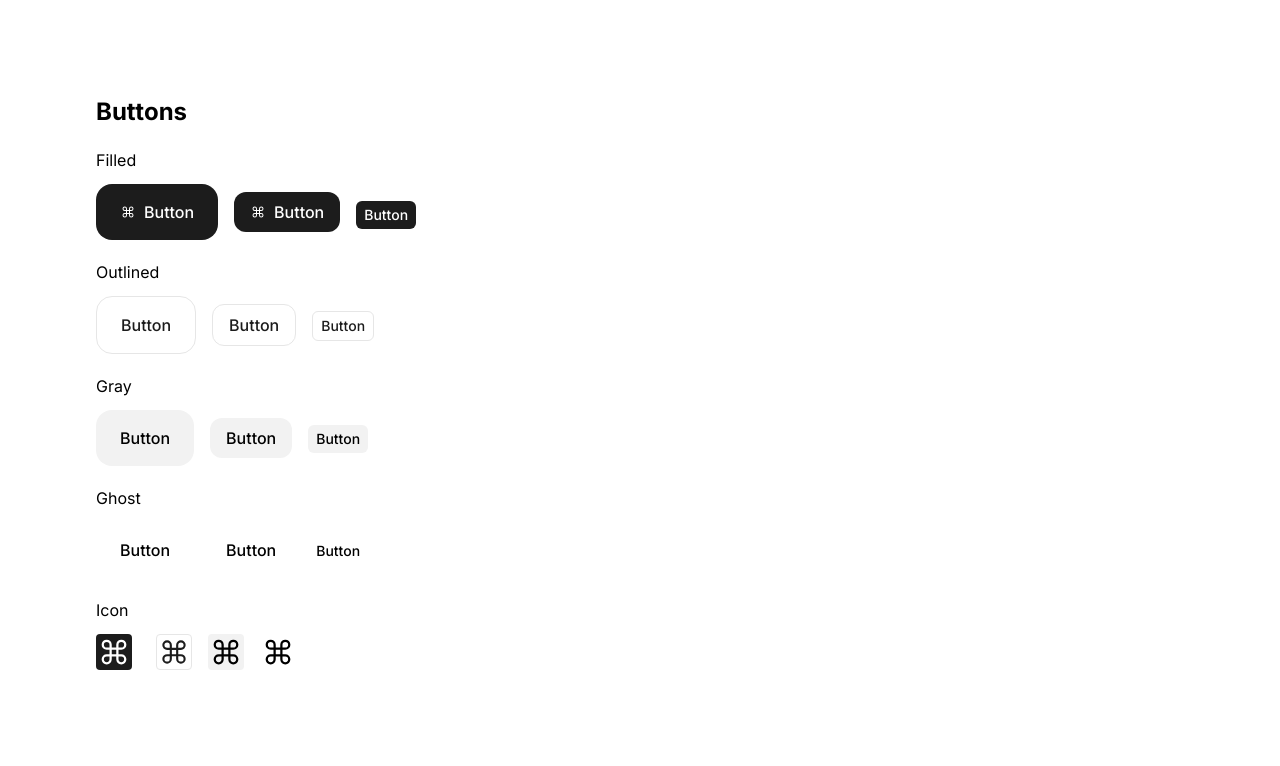
Repository: ggonzaga29/polarized-dashboard
Page: /
An editor plug-in stored every save of this project. The page is shown before and after the next save, followed by the edit.
The browser window is 1280 px wide. The pictures show the whole page.
The project was rebuilt for these pictures with package versions that can differ from the ones it lists, and the page was loaded fresh each time. The framework's server and built-in components were replaced by stand-ins that run in the browser. Also part of the build but not shown: next.config.js.

Above is the page before, as saved 2023-08-04 00:54:29.

### src/app/layout.jsx
import './globals.css';
import { Inter } from 'next/font/google';
import { ThemeProvider } from '@/context/theme-provider';

const inter = Inter({ subsets: ['latin'] });

export const metadata = {
  title: 'Polarized | Dashboard',
};

export default function RootLayout({ children }) {
  return (
    <html lang="en">
      <body className={inter.className}>
        <ThemeProvider attribute="class" defaultTheme="system" enableSystem>
          {children}
        </ThemeProvider>
      </body>
    </html>
  );
}

### src/app/page.jsx
'use client';

import { Button } from '@/components/ui/button';
import { Command } from '@phosphor-icons/react';

export default function Home() {
  return (
    <main className="min-h-screen flex-col items-center justify-between p-24 space-y-5">
      <h1 className="text-2xl font-bold">Buttons</h1>
      <div>
        <h2>Filled</h2>
        <div className="space-x-4 mt-3">
          <Button variant="filled" size="lg">
            <Command className="h-4 w-4"></Command>
            Button
          </Button>
          <Button variant="filled" size="md">
            <Command className="h-4 w-4"></Command>
            Button
          </Button>
          <Button variant="filled" size="sm">
            Button
          </Button>
        </div>
      </div>
      <div>
        <h2>Outlined</h2>
        <div className="space-x-4 mt-3">
          <Button variant="outlined" size="lg">
            Button
          </Button>
          <Button variant="outlined" size="md">
            Button
          </Button>
          <Button variant="outlined" size="sm">
            Button
          </Button>
        </div>
      </div>
      <div>
        <h2>Gray</h2>
        <div className="space-x-4 mt-3">
          <Button variant="gray" size="lg">
            Button
          </Button>
          <Button variant="gray" size="md">
            Button
          </Button>
          <Button variant="gray" size="sm">
            Button
          </Button>
        </div>
      </div>
      <div>
        <h2>Ghost</h2>
        <div className="space-x-4 mt-3">
          <Button variant="ghost" size="lg">
            Button
          </Button>
          <Button variant="ghost" size="md">
            Button
          </Button>
          <Button variant="ghost" size="sm">
            Button
          </Button>
        </div>
      </div>
      <div>
        <h2>Icon</h2>
        <div className="space-x-4 mt-3">
          <Button variant="filled" size="icon" asChild>
            <Command className="h-6 w-6 mr-2" />
          </Button>
          <Button variant="outlined" size="icon" asChild>
            <Command className="h-6 w-6" />
          </Button>
          <Button variant="gray" size="icon" asChild>
            <Command className="h-6 w-6" />
          </Button>
          <Button variant="ghost" size="icon" asChild>
            <Command className="h-6 w-6" />
          </Button>
        </div>
      </div>
    </main>
  );
}

### src/app/globals.css
@tailwind base;
@tailwind components;
@tailwind utilities;

@layer base {
  :root {
    /* --background: 0 0% 100%;
    --foreground: 240 10% 3.9%;

    --muted: 240 4.8% 95.9%;
    --muted-foreground: 240 3.8% 46.1%;

    --popover: 0 0% 100%;
    --popover-foreground: 240 10% 3.9%;

    --card: 0 0% 100%;
    --card-foreground: 240 10% 3.9%;

    --border: 240 5.9% 90%;
    --input: 240 5.9% 90%;

    --primary: 240 5.9% 10%;
    --primary-foreground: 0 0% 98%;

    --secondary: 240 4.8% 95.9%;
    --secondary-foreground: 240 5.9% 10%;

    --accent: 240 4.8% 95.9%;
    --accent-foreground: 240 5.9% 10%;

    --destructive: 0 84.2% 60.2%;
    --destructive-foreground: 0 0% 98%;

    --ring: 240 5% 64.9%;

    --radius: 0.5rem; */

    /* 1C1C1C */
    /* Black shades */
    --shade-100: hsl(0, 0%, 11%);
    --shade-80: hsl(0, 0%, 20%);
    --shade-40: hsl(0, 0%, 40%);
    --shade-20: hsl(0, 0%, 60%);
    --shade-10: hsl(0, 0%, 90%);
    --shade-5: hsl(0, 0%, 95%);

    /* White tints */
    --tint-100: hsl(0, 0%, 100%);
    --tint-80: hsl(0, 0%, 80%);
    --tint-40: hsl(0, 0%, 60%);
    --tint-20: hsl(0, 0%, 40%);
    --tint-10: hsl(0, 0%, 20%);
    --tint-5: hsl(0, 0%, 10%);

    /* F7F9FB */
    --primary-light: hsl(210, 50%, 98%);
    /* E3F5FF */
    --primary-blue: hsl(210, 90%, 95%);
    /* E5ECF6 */
    --primary-purple: hsl(240, 20%, 90%);
    /* 1C1C1C */
    --primary-brand: hsl(0, 0%, 11%);

    /* 95A4FC */
    --secondary-purple-a: hsl(240, 60%, 75%);
    /* A8C5DA */
    --secondary-blue-a: hsl(200, 30%, 75%);
    /* E3F5FF */
    --secondary-blue-b: hsl(210, 90%, 95%);
    /* A1E3CB */
    --secondary-green-a: hsl(160, 70%, 75%);
    /* BAEDBD */
    --secondary-green-b: hsl(100, 40%, 75%);
    /* FFE999 */
    --secondary-yellow: hsl(50, 100%, 75%);
    /* FF4747 */
    --secondary-red: hsl(0, 100, 64);
  }

  .dark {
    /* --background: 240 10% 3.9%;
    --foreground: 0 0% 98%;

    --muted: 240 3.7% 15.9%;
    --muted-foreground: 240 5% 64.9%;

    --popover: 240 10% 3.9%;
    --popover-foreground: 0 0% 98%;

    --card: 240 10% 3.9%;
    --card-foreground: 0 0% 98%;

    --border: 240 3.7% 15.9%;
    --input: 240 3.7% 15.9%;

    --primary: 0 0% 98%;
    --primary-foreground: 240 5.9% 10%;

    --secondary: 240 3.7% 15.9%;
    --secondary-foreground: 0 0% 98%;

    --accent: 240 3.7% 15.9%;
    --accent-foreground: 0 0% 98%;

    --destructive: 0 62.8% 30.6%;
    --destructive-foreground: 0 85.7% 97.3%;

    --ring: 240 3.7% 15.9%; */
  }
}

### src/components/ui/button.jsx
import React from 'react';
import { Slot } from '@radix-ui/react-slot';
import { cva } from 'class-variance-authority';
import { twMerge } from 'tailwind-merge';

const button = cva(
  [
    'inline-flex items-center gap-2 justify-center font-medium transition-colors disabled:pointer-events-none disabled:opacity-50',
  ],
  {
    variants: {
      variant: {
        filled: ['bg-primary-brand', 'text-white', 'hover:bg-tint-10'],
        outlined: [
          'border border-shade-10',
          'text-shade-100',
          'hover:border-shade-80',
        ],
        gray: ['bg-shade-5', 'text-black', 'hover:bg-shade-10'],
        ghost: ['text-black', 'hover:bg-shade-10'],
      },

      size: {
        sm: ['px-2', 'py-1', 'rounded-md', 'text-sm'],
        md: ['px-4', 'py-2', 'rounded-xl'],
        lg: ['px-6', 'py-4', 'rounded-2xl'],
        icon: ['w-9 h-9', 'rounded'],
      },
    },
    defaultVariants: {
      variant: 'filled',
      size: 'md',
    },
  },
);

const Button = ({ asChild, variant, size, className, children }) => {
  const Component = asChild ? Slot : 'button';

  return (
    <Component className={twMerge(button({ variant, size }), className)}>
      {children}
    </Component>
  );
};

Button.displayName = 'Button';

export { Button };

### tailwind.config.js
/** @type {import('tailwindcss').Config} */
module.exports = {
	darkMode: ["class"],
	content: [
		'./pages/**/*.{js,jsx}',
		'./components/**/*.{js,jsx}',
		'./app/**/*.{js,jsx}',
		'./src/**/*.{js,jsx}',
	],
	theme: {
		// container: {
		//   center: true,
		//   padding: "2rem",
		//   screens: {
		//     "2xl": "1400px",
		//   },
		// },
		extend: {
			colors: {

				// --black-100: hsl(0, 0%, 11%);
				// --black-80: hsl(0%, 11%, 80%);

				// --white-100: hsl(0, 0%, 100%);
				// --white-80: hsl(0, 0%, 80%);
				// --white-40: hsl(0, 0%, 40%);
				// --white-20: hsl(0, 0%, 20%);
				// --white-10: hsl(0, 0%, 10%);
				// --white-5: hsl(0, 0%, 5%);


				shade: {
					100: "var(--shade-100)",
					80: "var(--shade-80)",
					40: "var(--shade-40)",
					20: "var(--shade-20)",
					10: "var(--shade-10)",
					5: "var(--shade-5)",
				},

				tint: {
					100: "var(--tint-100)",
					80: "var(--tint-80)",
					40: "var(--tint-40)",
					20: "var(--tint-20)",
					10: "var(--tint-10)",
					5: "var(--tint-5)",
				},

				primary: {
					brand: "var(--primary-brand)",
				}


				// border: "hsl(var(--border))",
				// input: "hsl(var(--input))",
				// ring: "hsl(var(--ring))",
				// background: "hsl(var(--background))",
				// foreground: "hsl(var(--foreground))",
				// primary: {
				//   DEFAULT: "hsl(var(--primary))",
				//   foreground: "hsl(var(--primary-foreground))",
				// },
				// secondary: {
				//   DEFAULT: "hsl(var(--secondary))",
				//   foreground: "hsl(var(--secondary-foreground))",
				// },
				// destructive: {
				//   DEFAULT: "hsl(var(--destructive))",
				//   foreground: "hsl(var(--destructive-foreground))",
				// },
				// muted: {
				//   DEFAULT: "hsl(var(--muted))",
				//   foreground: "hsl(var(--muted-foreground))",
				// },
				// accent: {
				//   DEFAULT: "hsl(var(--accent))",
				//   foreground: "hsl(var(--accent-foreground))",
				// },
				// popover: {
				//   DEFAULT: "hsl(var(--popover))",
				//   foreground: "hsl(var(--popover-foreground))",
				// },
				// card: {
				//   DEFAULT: "hsl(var(--card))",
				//   foreground: "hsl(var(--card-foreground))",
				// },
			},
			borderRadius: {
				// lg: "var(--radius)",
				// md: "calc(var(--radius) - 2px)",
				// sm: "calc(var(--radius) - 4px)",
			},
			keyframes: {
				// "accordion-down": {
				//   from: { height: 0 },
				//   to: { height: "var(--radix-accordion-content-height)" },
				// },
				// "accordion-up": {
				//   from: { height: "var(--radix-accordion-content-height)" },
				//   to: { height: 0 },
				// },
			},
			animation: {
				// "accordion-down": "accordion-down 0.2s ease-out",
				// "accordion-up": "accordion-up 0.2s ease-out",
			},
		},
	},
	plugins: [require("tailwindcss-animate")],
}

Loaded but not shown: src/context/theme-provider.jsx (common file)

After the next save:
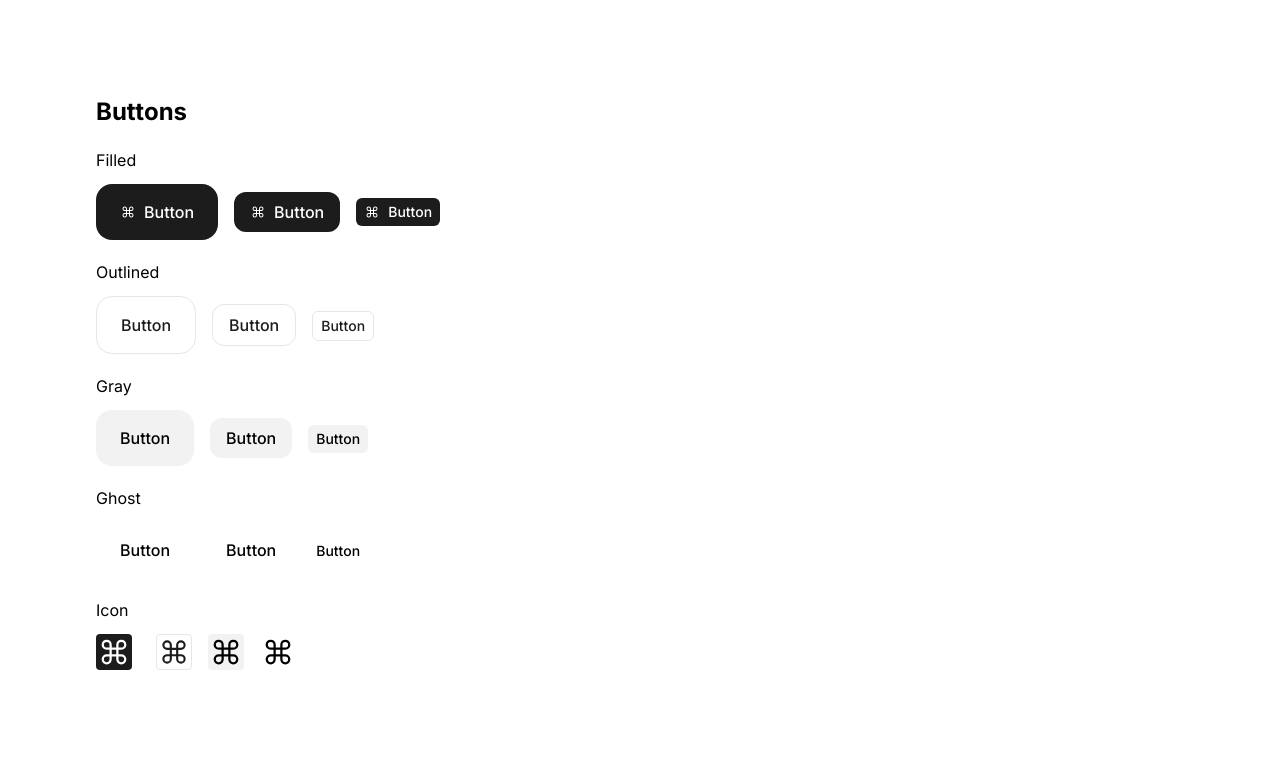
Saved 13 s later.
--- a/src/app/page.jsx
+++ b/src/app/page.jsx
@@ -19,6 +19,7 @@ export default function Home() {
             Button
           </Button>
           <Button variant="filled" size="sm">
+            <Command className="h-4 w-4"></Command>
             Button
           </Button>
         </div>
